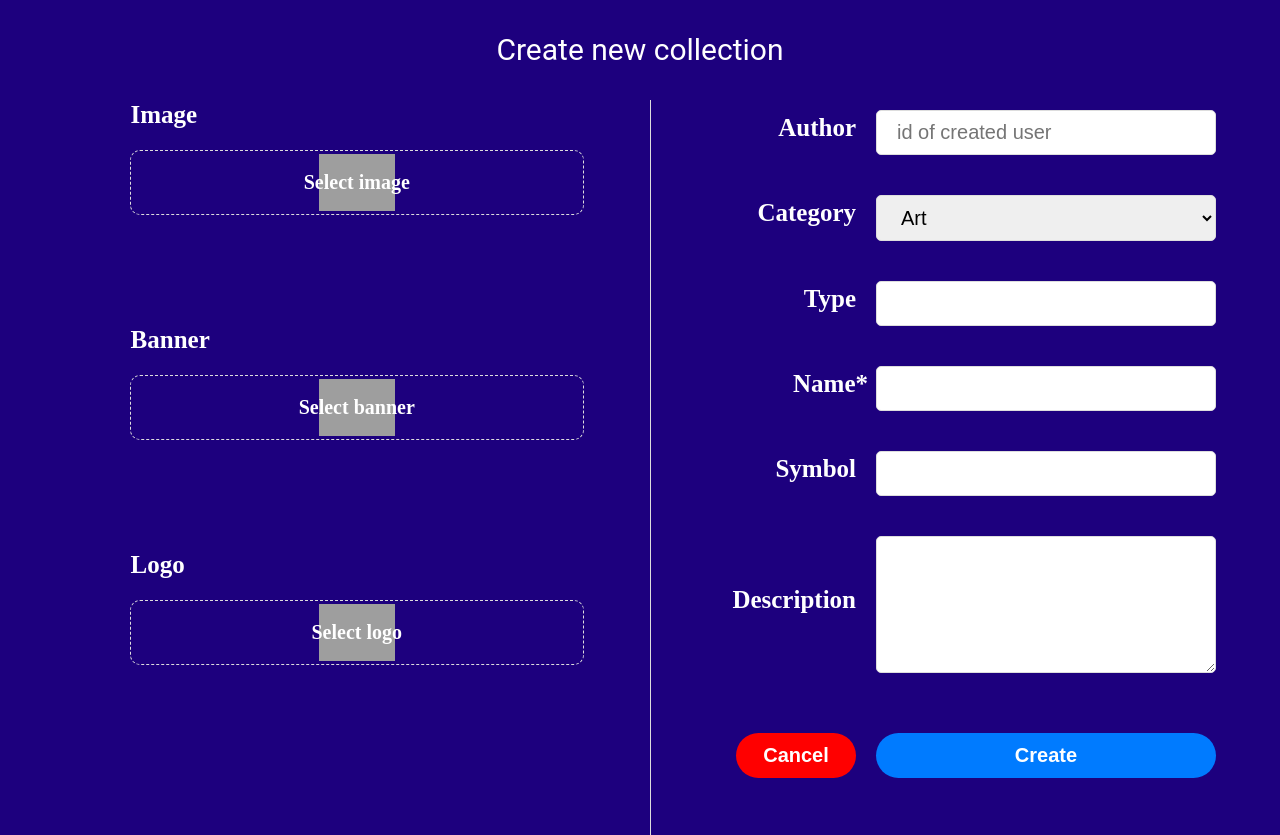
Repository: superHotBob/admin_nftillion
Page: /createcollection
These files come from the project's save history. The page is drawn as it stood at one moment and after the next save; the edit follows.
The browser window is 1280 px wide. The pictures show the whole page.
Pictures or frames that could not be fetched are drawn as grey boxes. An inner scrolling area shows only its first screen. The project was rebuilt for these pictures with package versions that can differ from the ones it lists, and the page was loaded fresh each time. Also part of the build but not shown: src/components/Login/styles.scss, src/components/Login/index.js, src/components/NavPanel/styles.scss, src/components/NavPanel/index.js, src/components/Users/index.js, src/components/Collections/index.js, src/components/Categories/index.js, src/components/PremintedCollections/index.js and 1 more.

Above is the page before, as saved 2022-05-02 11:03:31.

After the next save:
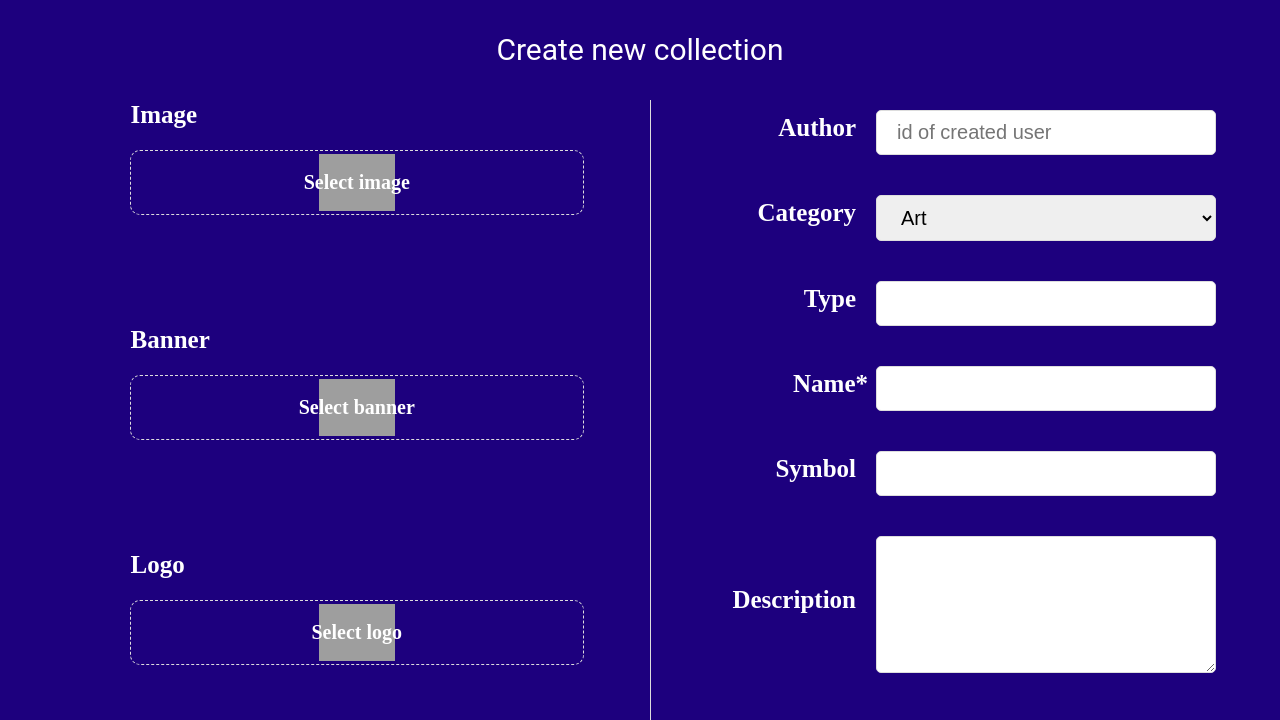
Saved 3 min 49 s later.
--- a/src/App.css
+++ b/src/App.css
@@ -3,7 +3,7 @@
   background: rgba(29, 0, 126);
   width: 100vw;
   height: 100vh;
-}
+  overflow: auto;
 section {
   border-bottom-left-radius: inherit;
   border-bottom-right-radius: inherit;
@@ -18,16 +18,7 @@ body {
   background: rgba(29, 0, 126);
 }
 @import url('https://fonts.googleapis.com/css2?family=Public+Sans:wght@400;500&family=Roboto:ital,wght@0,500;1,400&display=swap');
-.App-logo {
-  height: 40vmin;
-  pointer-events: none;
-}
 
-@media (prefers-reduced-motion: no-preference) {
-  .App-logo {
-    animation: App-logo-spin infinite 20s linear;
-  }
-}
 @media screen and (max-width: 550px) {
   header, section {
     width: 1214px;
